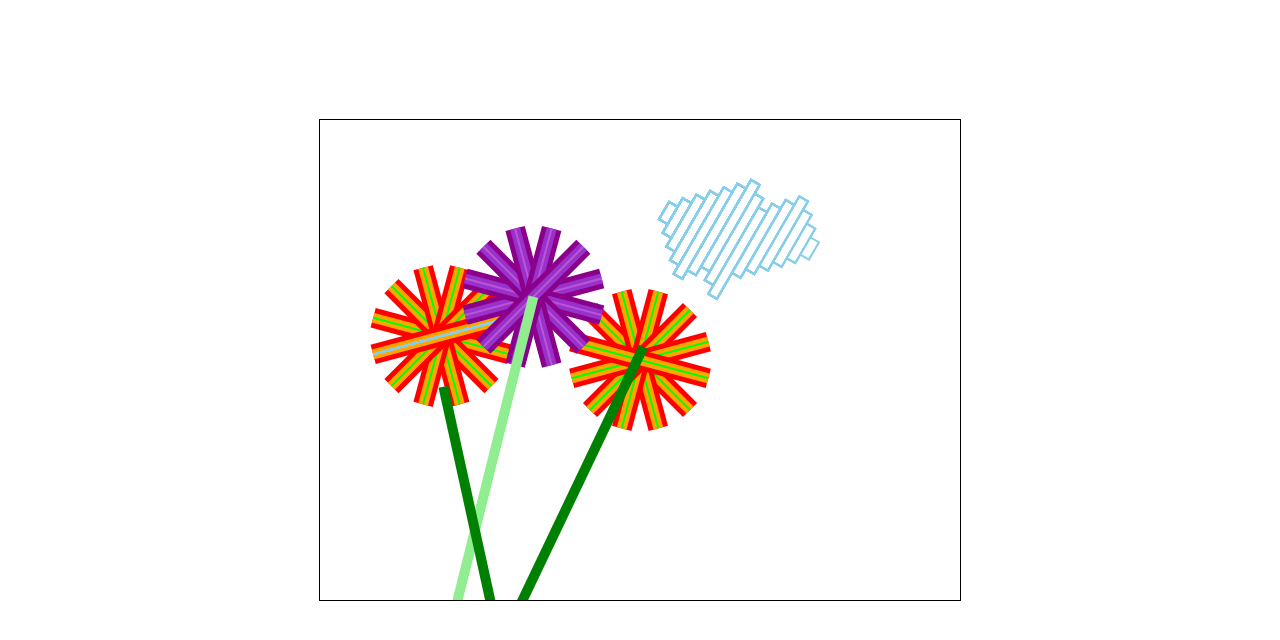
Repository: huanz488/huanz488-github.io
Page: digital painting/App.html
The author's editor kept a record of every edit. The page is drawn from the files as they stood at one moment, then again after the next edit.
The browser window is 1280 px wide. The pictures show the whole page.

Above is the page before.

### digital painting/App.html
<html>
    <head>
        <title>Portrait</title>
        <style>
            body {display: flex; }
            canvas {
                border:1px solid black;
                margin:auto;
            }
        </style>
    </head>
    <canvas width="640" height="480"></canvas>
        <script>



    // .. Let's draw a picture.
    var can = document.getElementsByTagName('canvas')[0];
    var ctx = can.getContext('2d');

    // Draw a path.

    var diagonal = function () {
      ctx.beginPath();
      ctx.moveTo(-50, -50);
      ctx.lineTo(50, 50);
    };

    var paint = function (color, width) {
      ctx.strokeStyle = color;
      ctx.lineWidth = width;
      ctx.stroke();
    };

    var stripe = function(){
      diagonal();
      paint('red', 20);
      paint('orange', 10);
      paint('lime', 2);
    };

    ctx.translate(can.width/2, can.height/2);

    stripe();

    var degrees = 30;

    ctx.rotate(degrees*Math.PI/180);
    stripe();
    ctx.rotate(degrees*Math.PI/180);
    stripe();
    ctx.rotate(degrees*Math.PI/180);
    stripe();
    ctx.rotate(degrees*Math.PI/180);
    stripe();
    ctx.rotate(degrees*Math.PI/180);
    stripe();

    ////////////////////////////


    // .. Let's draw a picture.
    var can = document.getElementsByTagName('canvas')[0];
    var ctx = can.getContext('2d');

    // Draw a path.

    var diagonal = function () {
      ctx.beginPath();
      ctx.moveTo(-50, -50);
      ctx.lineTo(50, 50);
    };

    var paint = function (color, width) {
      ctx.strokeStyle = color;
      ctx.lineWidth = width;
      ctx.stroke();
    };

    var stripe = function(){
      diagonal();
      paint('red', 20);
      paint('orange', 10);
      paint('lime', 2);
    };

    ctx.translate(can.width/4, can.height/4);

    stripe();

    var degrees = 30;

    ctx.rotate(degrees*Math.PI/180);
    stripe();
    ctx.rotate(degrees*Math.PI/180);
    stripe();
    ctx.rotate(degrees*Math.PI/180);
    stripe();
    ctx.rotate(degrees*Math.PI/180);
    stripe();
    ctx.rotate(degrees*Math.PI/180);
    stripe();


    var ctx = document.querySelector("canvas").getContext("2d");{
    ctx.rect(210, 130, 20, 10);
    SetFillColor="blue";
    ctx.strokeStyle="skyblue";
    ctx.stroke();
    };

    var ctx = document.querySelector("canvas").getContext("2d");{
    ctx.rect(200, 140, 40, 10);
    SetFillColor="blue";
    ctx.strokeStyle="skyblue";
    ctx.stroke();
    };

    var ctx = document.querySelector("canvas").getContext("2d");{
    ctx.rect(180, 160, 80, 10);
    SetFillColor="blue";
    ctx.strokeStyle="skyblue";
    ctx.stroke();
    };

    var ctx = document.querySelector("canvas").getContext("2d");{
    ctx.rect(190, 150, 60, 10);
    SetFillColor="blue";
    ctx.strokeStyle="skyblue";
    ctx.stroke();
    };

    var ctx = document.querySelector("canvas").getContext("2d");{
    ctx.rect(180, 180, 100, 10);
    SetFillColor="blue";
    ctx.strokeStyle="skyblue";
    ctx.stroke();
    };

    var ctx = document.querySelector("canvas").getContext("2d");{
    ctx.rect(170, 170, 100, 10);
    SetFillColor="blue";
    ctx.strokeStyle="skyblue";
    ctx.stroke();
    };

    var ctx = document.querySelector("canvas").getContext("2d");{
    ctx.rect(190, 190, 100, 10);
    SetFillColor="blue";
    ctx.strokeStyle="skyblue";
    ctx.stroke();
    };

    var ctx = document.querySelector("canvas").getContext("2d");{
    ctx.rect(180, 200, 100, 10);
    SetFillColor="blue";
    ctx.strokeStyle="skyblue";
    ctx.stroke();
    };

    var ctx = document.querySelector("canvas").getContext("2d");{
    ctx.rect(170, 210, 100, 10);
    SetFillColor="blue";
    ctx.strokeStyle="skyblue";
    ctx.stroke();
    };

    var ctx = document.querySelector("canvas").getContext("2d");{
    ctx.rect(200, 220, 80, 10);
    SetFillColor="blue";
    ctx.strokeStyle="skyblue";
    ctx.stroke();
    };

    var ctx = document.querySelector("canvas").getContext("2d");{
    ctx.rect(210, 230, 80, 10);
    SetFillColor="blue";
    ctx.strokeStyle="skyblue";
    ctx.stroke();
    };

    var ctx = document.querySelector("canvas").getContext("2d");{
    ctx.rect(220, 240, 80, 10);
    SetFillColor="blue";
    ctx.strokeStyle="skyblue";
    ctx.stroke();
    };

    var ctx = document.querySelector("canvas").getContext("2d");{
    ctx.rect(230, 250, 60, 10);
    SetFillColor="blue";
    ctx.strokeStyle="skyblue";
    ctx.stroke();
    };

    var ctx = document.querySelector("canvas").getContext("2d");{
    ctx.rect(240, 260, 40, 10);
    SetFillColor="blue";
    ctx.strokeStyle="skyblue";
    ctx.stroke();
    };

    var ctx = document.querySelector("canvas").getContext("2d");{
    ctx.rect(250, 270, 20, 10);
    SetFillColor="blue";
    ctx.strokeStyle="skyblue";
    ctx.stroke();
    };

    //////////////////////

    ////////////////////


    // .. Let's draw a picture.
    var can = document.getElementsByTagName('canvas')[0];
    var ctx = can.getContext('2d');

    // Draw a path.

    var diagonal = function () {
      ctx.beginPath();
      ctx.moveTo(-50, -50);
      ctx.lineTo(50, 50);
    };

    var paint = function (color, width) {
      ctx.strokeStyle = color;
      ctx.lineWidth = width;
      ctx.stroke();
    };

    var stripe = function(){
      diagonal();
      paint('DarkMagenta', 20);
      paint('DarkOrchid', 10);
      paint('MediumOrchid', 2);
    };

    ctx.translate(can.width/8, can.height/8);

    stripe();

    var degrees = 30;

    ctx.rotate(degrees*Math.PI/180);
    stripe();
    ctx.rotate(degrees*Math.PI/180);
    stripe();
    ctx.rotate(degrees*Math.PI/180);
    stripe();
    ctx.rotate(degrees*Math.PI/180);
    stripe();
    ctx.rotate(degrees*Math.PI/180);
    stripe();



    ///////////////////


    // Draw a path.

    ctx.beginPath();
    ctx.moveTo(400, 100);
    ctx.lineTo(0, 0);

    ctx.lineWidth = 10;
    ctx.strokeStyle = 'LightGreen';
    ctx.stroke();

    ctx.translate(100, 100); // Moves the origin.

    ctx.beginPath();
    ctx.moveTo(400, -100);
    ctx.lineTo(-10, -10);

    ctx.lineWidth = 10;
    ctx.strokeStyle = 'green';
    ctx.stroke();


    ctx.translate(200, -200); // Moves the origin.

    ctx.beginPath();
    ctx.moveTo(400, 300);
    ctx.lineTo(-250, -10);

    ctx.lineWidth = 10;
    ctx.strokeStyle = 'green';
    ctx.stroke();
////////////////////










        </script>
    </body>
</html>

After the next edit:
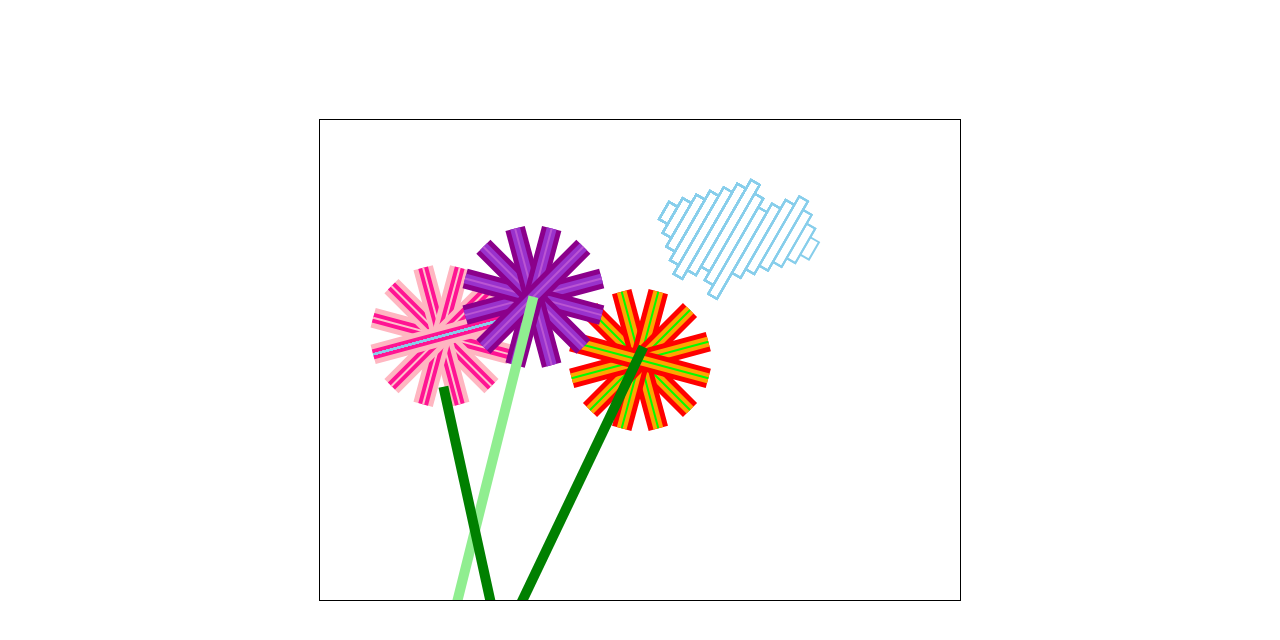
The edit:
--- a/digital painting/App.html
+++ b/digital painting/App.html
@@ -79,9 +79,9 @@
 
     var stripe = function(){
       diagonal();
-      paint('red', 20);
-      paint('orange', 10);
-      paint('lime', 2);
+      paint('LightPink', 20);
+      paint('DeepPink', 10);
+      paint('Pink', 2);
     };
 
     ctx.translate(can.width/4, can.height/4);
